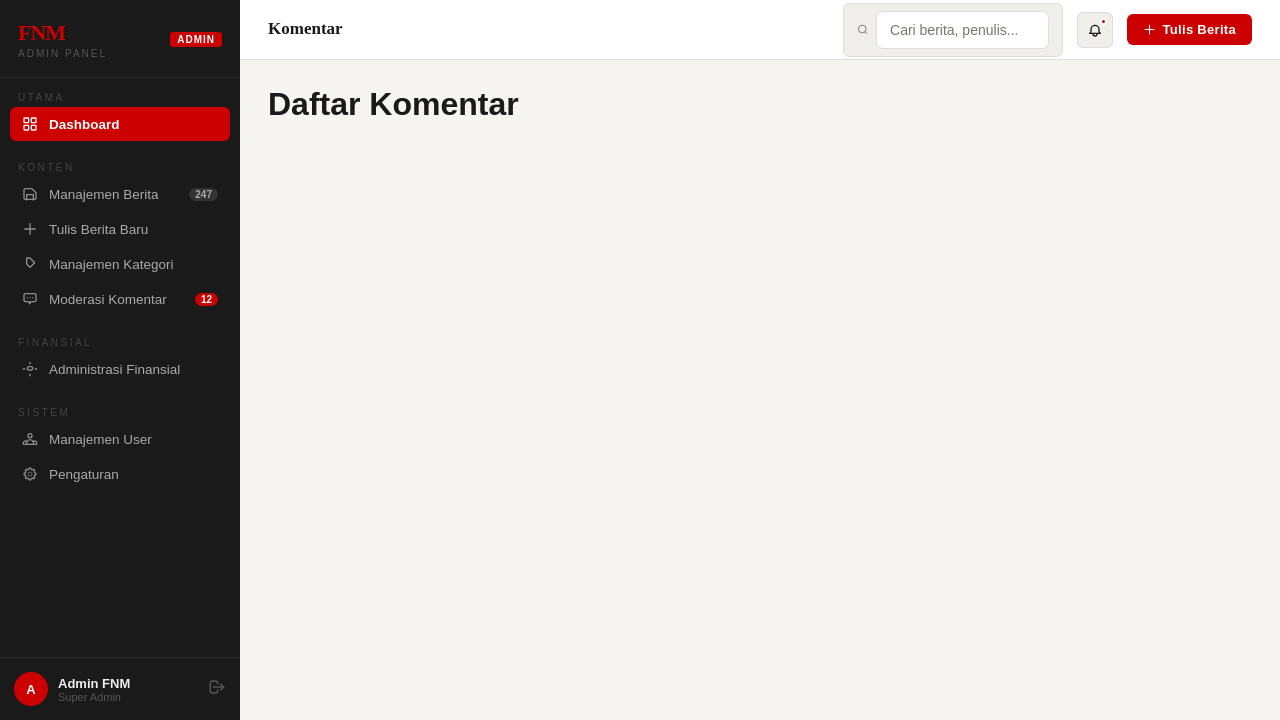
Repository: KrisnaKintaro/fnmtv
Page: http://localhost/admin/comments
These files come from the project's save history. The page is drawn as it stood at one moment and after the next save; the edit follows.
The browser window is 1280 px wide. The pictures show the whole page.
Some web fonts or font styles are not loaded; a fallback is used. The page is served by the project's Laravel application, run on PHP 8.4 with Laravel 12. Other server files are loaded and not shown.

Above is the page before, as saved 2026-03-10 23:43:54.

### routes/web.php
<?php

use Illuminate\Support\Facades\Route;
use App\Http\Controllers\AuthController;
use App\Http\Controllers\DashboardController;
use App\Http\Controllers\NewsController;
use App\Http\Controllers\HomeController;
use App\Http\Controllers\CategoryController;
use App\Http\Controllers\SearchController;
use App\Http\Controllers\AdminNews;
use App\Http\Controllers\AdminCategory;
use App\Http\Controllers\AdminComment;
use App\Http\Controllers\FinanceController;
use App\Http\Controllers\UserController;

// default route removed; home route defined later

// ============================================
// UC-01: LOGIN ADMIN
// ============================================
Route::get('/admin/login', [AuthController::class, 'showLogin'])
    ->name('admin.login')
    ->middleware('guest');

Route::post('/admin/login', [AuthController::class, 'login'])
    ->name('admin.login.post');

Route::post('/admin/logout', [AuthController::class, 'logout'])
    ->name('admin.logout')
    ->middleware('auth');

// ============================================
// ADMIN ROUTES (semua dilindungi auth + isAdmin)
// ============================================
Route::prefix('admin')
    ->name('admin.')
    // middleware removed for demo; add auth/isAdmin later
    ->group(function () {

        // shortcut /admin → dashboard
        Route::get('/', function(){ return redirect()->route('admin.dashboard'); });

        // UC-07: Dashboard Statistik
        Route::get('/dashboard', [DashboardController::class, 'index'])
            ->name('dashboard');

        // UC-02: Manajemen Berita
        Route::resource('news', AdminNews::class);

        // UC-04: Toggle status publikasi (Draft/Published)
        Route::patch('/news/{news}/toggle-status', [AdminNews::class, 'toggleStatus'])
            ->name('news.toggle-status');

        // UC-03: Manajemen Kategori
        Route::resource('categories', AdminCategory::class);

        // UC-06: Moderasi Komentar
        Route::resource('comments', AdminComment::class)->only(['index', 'destroy']);
        Route::patch('/comments/{comment}/approve', [AdminComment::class, 'approve'])
            ->name('comments.approve');

        // UC-05: Administrasi Finansial
        Route::resource('finance', FinanceController::class);
        Route::patch('/finance/{finance}/toggle-payment', [FinanceController::class, 'togglePayment'])
            ->name('finance.toggle-payment');

        // Manajemen User
        Route::resource('users', UserController::class);
    });

// ============================================
// VIEWER / PUBLIC ROUTES
// ============================================

// UC-08: Halaman utama - berita terbaru
Route::get('/', [HomeController::class, 'index'])->name('home');

// UC-09: Navigasi Kategori
Route::get('/kategori/{slug}', [CategoryController::class, 'show'])
    ->name('category.show');

// UC-10: Pencarian Berita
Route::get('/cari', [SearchController::class, 'index'])
    ->name('search');

// UC-11: Berita Trending
Route::get('/trending', [HomeController::class, 'trending'])
    ->name('trending');

// UC-14: Halaman detail berita (view counter dicatat di sini)
Route::get('/berita/{slug}', [NewsController::class, 'show'])
    ->name('news.show');

### app/Http/Controllers/AdminComment.php
<?php

namespace App\Http\Controllers;

use Illuminate\Http\Request;

class AdminComment extends Controller
{
    public function index() { return view('admin.comments.index'); }
    public function destroy($id) { return redirect()->back(); }
    public function approve($id) { return redirect()->back(); }
}

### resources/views/admin/comments/index.blade.php
@extends('layouts.master')

@section('title','Moderasi Komentar')
@section('page_title','Komentar')

@section('content')
<div class="page active">
    <h1>Daftar Komentar</h1>
    <!-- tabel komentar -->
</div>
@endsection

### resources/views/layouts/master.blade.php
{{-- resources/views/layouts/master.blade.php --}}
<!DOCTYPE html>
<html lang="id">
<head>
    <meta charset="UTF-8">
    <meta name="viewport" content="width=device-width, initial-scale=1.0">
    <meta name="csrf-token" content="{{ csrf_token() }}">
    <title>FNM — @yield('title', 'Fenomena News Media')</title>

    <link href="https://fonts.googleapis.com/css2?family=Merriweather:wght@400;700;900&family=Source+Sans+3:wght@400;500;600;700&family=JetBrains+Mono:wght@400;500&display=swap" rel="stylesheet">

    {{-- CSS kondisional: admin atau viewer --}}
    @if(request()->is('admin*'))
        <link rel="stylesheet" href="{{ asset('Admin/css/admin.css') }}">
    @else
        <link rel="stylesheet" href="{{ asset('Viewers/css/viewers.css') }}">
    @endif

    {{-- CSS tambahan per halaman --}}
    @stack('styles')
</head>
<body>

    {{-- Layout beda antara admin dan viewer --}}
    @if(request()->is('admin*'))

        {{-- ===== LAYOUT ADMIN ===== --}}
        @include('layouts.partials.admin-sidebar')
        <main class="main">
            @include('layouts.partials.admin-topbar')
            <div class="content">
                @yield('content')
            </div>
        </main>

    @else

        {{-- ===== LAYOUT VIEWER ===== --}}
        @include('layouts.partials.viewer-topstrip')
        @include('layouts.partials.viewer-header')
        @include('layouts.partials.viewer-navbar')
        <main>
            @yield('content')
        </main>
        @include('layouts.partials.viewer-footer')

    @endif

    {{-- JS kondisional --}}
    @if(request()->is('admin*'))
        <script src="{{ asset('Admin/js/admin.js') }}"></script>
    @else
        <script src="{{ asset('Viewers/js/viewers.js') }}"></script>
    @endif

    {{-- JS tambahan per halaman --}}
    @stack('scripts')

</body>
</html>

### resources/views/layouts/partials/admin-sidebar.blade.php
{{-- Admin sidebar menu --}}
<aside class="sidebar" id="sidebar">
  <div class="s-brand">
    <div>
      <div class="s-logo">FNM</div>
      <div class="s-tag">Admin Panel</div>
    </div>
    <div class="s-admin-badge">Admin</div>
  </div>

  <div class="s-section">
    <div class="s-label">Utama</div>
    <a class="s-item active" onclick="showPage('dashboard',this)">
      <svg fill="none" stroke="currentColor" viewBox="0 0 24 24"><rect x="3" y="3" width="7" height="7" rx="1" stroke-width="2"/><rect x="14" y="3" width="7" height="7" rx="1" stroke-width="2"/><rect x="3" y="14" width="7" height="7" rx="1" stroke-width="2"/><rect x="14" y="14" width="7" height="7" rx="1" stroke-width="2"/></svg>
      Dashboard
    </a>
  </div>

  <div class="s-section">
    <div class="s-label">Konten</div>
    <a class="s-item" onclick="showPage('news-list',this)">
      <svg fill="none" stroke="currentColor" viewBox="0 0 24 24"><path stroke-linecap="round" stroke-linejoin="round" stroke-width="2" d="M19 20H5a2 2 0 01-2-2V6a2 2 0 012-2h10l6 6v8a2 2 0 01-2 2z"/><polyline points="17 21 17 13 7 13 7 21" stroke-width="2" stroke-linecap="round"/></svg>
      Manajemen Berita
      <span class="s-badge">247</span>
    </a>
    <a class="s-item" onclick="showPage('write-news',this)">
      <svg fill="none" stroke="currentColor" viewBox="0 0 24 24"><path stroke-linecap="round" stroke-linejoin="round" stroke-width="2" d="M12 4v16m8-8H4"/></svg>
      Tulis Berita Baru
    </a>
    <a class="s-item" onclick="showPage('categories',this)">
      <svg fill="none" stroke="currentColor" viewBox="0 0 24 24"><path stroke-linecap="round" stroke-linejoin="round" stroke-width="2" d="M7 7h.01M7 3h5l7 7-7 7-5-5V3z"/></svg>
      Manajemen Kategori
    </a>
    <a class="s-item" onclick="showPage('comments',this)">
      <svg fill="none" stroke="currentColor" viewBox="0 0 24 24"><path stroke-linecap="round" stroke-linejoin="round" stroke-width="2" d="M8 10h.01M12 10h.01M16 10h.01M9 16H5a2 2 0 01-2-2V6a2 2 0 012-2h14a2 2 0 012 2v8a2 2 0 01-2 2h-5l-3 3v-3z"/></svg>
      Moderasi Komentar
      <span class="s-badge" style="background:var(--red);color:#fff;">12</span>
    </a>
  </div>

  <div class="s-section">
    <div class="s-label">Finansial</div>
    <a class="s-item" onclick="showPage('finance',this)">
      <svg fill="none" stroke="currentColor" viewBox="0 0 24 24"><path stroke-linecap="round" stroke-linejoin="round" stroke-width="2" d="M12 8c-2.21 0-4 1.343-4 3s1.79 3 4 3 4-1.343 4-3-1.79-3-4-3zM12 2v2m0 16v2m10-10h-2M4 12H2"/></svg>
      Administrasi Finansial
    </a>
  </div>

  <div class="s-section">
    <div class="s-label">Sistem</div>
    <a class="s-item" onclick="showPage('users',this)">
      <svg fill="none" stroke="currentColor" viewBox="0 0 24 24"><path stroke-linecap="round" stroke-linejoin="round" stroke-width="2" d="M17 20h5v-2a3 3 0 00-5.356-1.857M17 20H7m10 0v-2c0-.656-.126-1.283-.356-1.857M7 20H2v-2a3 3 0 015.356-1.857M7 20v-2c0-.656.126-1.283.356-1.857m0 0a5.002 5.002 0 019.288 0M15 7a3 3 0 11-6 0 3 3 0 016 0z"/></svg>
      Manajemen User
    </a>
    <a class="s-item" onclick="showPage('settings',this)">
      <svg fill="none" stroke="currentColor" viewBox="0 0 24 24"><path stroke-linecap="round" stroke-linejoin="round" stroke-width="2" d="M10.325 4.317c.426-1.756 2.924-1.756 3.35 0a1.724 1.724 0 002.573 1.066c1.543-.94 3.310.826 2.37 2.37a1.724 1.724 0 001.065 2.572c1.756.426 1.756 2.924 0 3.35a1.724 1.724 0 00-1.066 2.573c.94 1.543-.826 3.310-2.37 2.370a1.724 1.724 0 00-2.572 1.065c-.426 1.756-2.924 1.756-3.35 0a1.724 1.724 0 00-2.573-1.066c-1.543.94-3.310-.826-2.370-2.370a1.724 1.724 0 00-1.065-2.572c-1.756-.426-1.756-2.924 0-3.35a1.724 1.724 0 001.066-2.573c-.94-1.543.826-3.310 2.370-2.370.996.608 2.296.070 2.572-1.065z"/><circle cx="12" cy="12" r="3"/></svg>
      Pengaturan
    </a>
  </div>

  <div class="s-footer">
    <div class="s-avatar">A</div>
    <div>
      <div class="s-uname">Admin FNM</div>
      <div class="s-urole">Super Admin</div>
    </div>
    <div class="s-logout" onclick="doLogout()" title="Keluar">
      <svg width="18" height="18" fill="none" stroke="currentColor" viewBox="0 0 24 24"><path stroke-linecap="round" stroke-linejoin="round" stroke-width="2" d="M17 16l4-4m0 0l-4-4m4 4H7m6 4v1a3 3 0 01-3 3H6a3 3 0 01-3-3V7a3 3 0 013-3h4a3 3 0 013 3v1"/></svg>
    </div>
  </div>
</aside>

### resources/views/layouts/partials/admin-topbar.blade.php
{{-- Topbar shown in admin area --}}
<header class="topbar">
  <div style="flex:1">
    <div class="tb-title" id="tbTitle">@yield('page_title', 'Dashboard')</div>
    <div class="tb-breadcrumb" id="tbCrumb">@yield('breadcrumb')</div>
  </div>
  <div class="search-wrap">
    <svg width="13" height="13" fill="none" stroke="#7a7570" viewBox="0 0 24 24"><circle cx="11" cy="11" r="8" stroke-width="2"/><path d="m21 21-4.35-4.35" stroke-linecap="round" stroke-width="2"/></svg>
    <input type="text" placeholder="Cari berita, penulis...">
  </div>
  <div style="position:relative;">
    <div class="tb-icon" onclick="toggleNotif()">
      <svg width="16" height="16" fill="none" stroke="currentColor" viewBox="0 0 24 24"><path stroke-linecap="round" stroke-linejoin="round" stroke-width="2" d="M15 17h5l-1.405-1.405A2.032 2.032 0 0118 14.158V11a6 6 0 10-12 0v3.159c0 .538-.214 1.055-.595 1.436L4 17h5m6 0v1a3 3 0 11-6 0v-1m6 0H9"/></svg>
      <div class="tb-dot"></div>
    </div>
    <div class="notif-panel" id="notifPanel">
      <div class="notif-head">Notifikasi <span style="color:var(--red);">(3)</span></div>
      <div class="notif-item"><div class="notif-ico">💬</div><div class="notif-txt"><div class="notif-msg">12 komentar baru perlu dimoderasi</div><div class="notif-t">5 menit lalu</div></div></div>
      <div class="notif-item"><div class="notif-ico">📋</div><div class="notif-txt"><div class="notif-msg">3 artikel menunggu review editor</div><div class="notif-t">1 jam lalu</div></div></div>
      <div class="notif-item"><div class="notif-ico">💰</div><div class="notif-txt"><div class="notif-msg">Tagihan baru: Rp 500.000 belum dibayar</div><div class="notif-t">2 jam lalu</div></div></div>
    </div>
  </div>
  <button class="btn btn-red" onclick="showPage('write-news', null)">
    <svg width="13" height="13" fill="none" stroke="currentColor" viewBox="0 0 24 24"><path stroke-linecap="round" stroke-linejoin="round" stroke-width="2" d="M12 4v16m8-8H4"/></svg>
    Tulis Berita
  </button>
</header>

Loaded but not shown: app/Http/Controllers/Controller.php (common file); public/Admin/js/admin.js (89 lines, source omitted); public/Admin/css/admin.css (327 lines, source omitted)

After the next save:
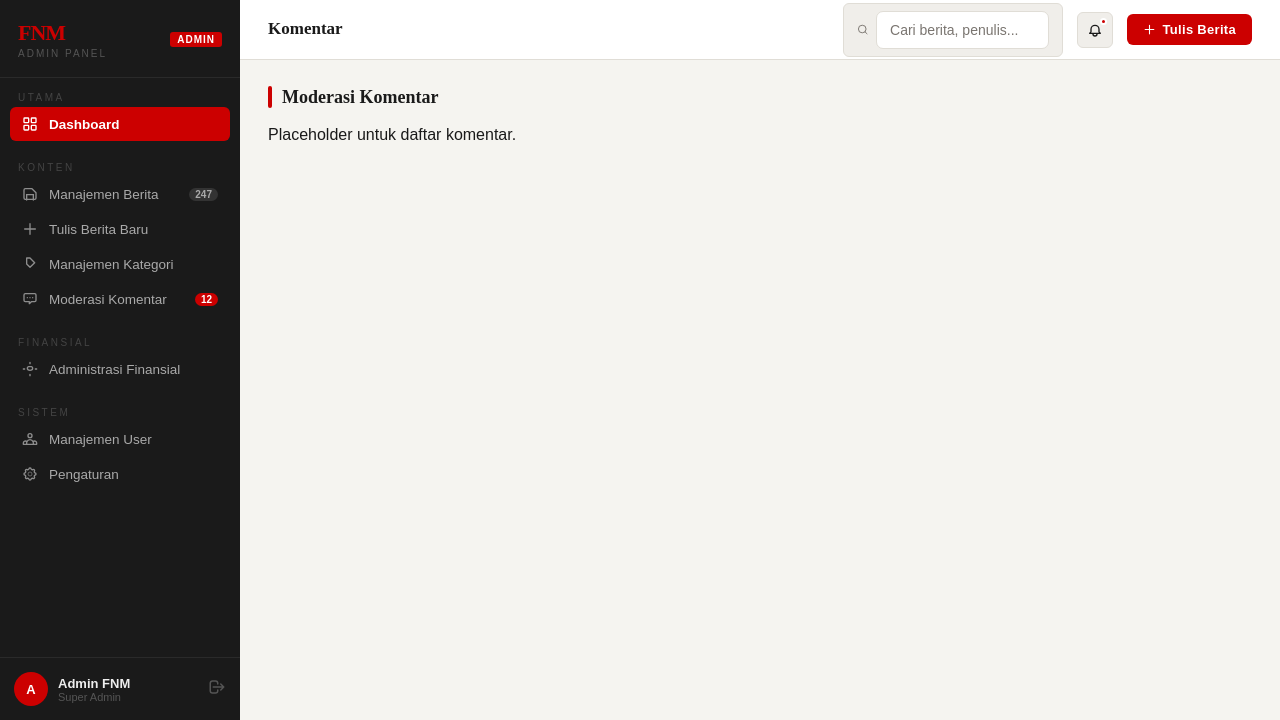
Saved 19 s later.
--- a/resources/views/admin/comments/index.blade.php
+++ b/resources/views/admin/comments/index.blade.php
@@ -4,8 +4,8 @@
 @section('page_title','Komentar')
 
 @section('content')
-<div class="page active">
-    <h1>Daftar Komentar</h1>
-    <!-- tabel komentar -->
+<div id="page-comments" class="page active">
+    <div class="section-title">Moderasi Komentar</div>
+    <p>Placeholder untuk daftar komentar.</p>
 </div>
 @endsection
